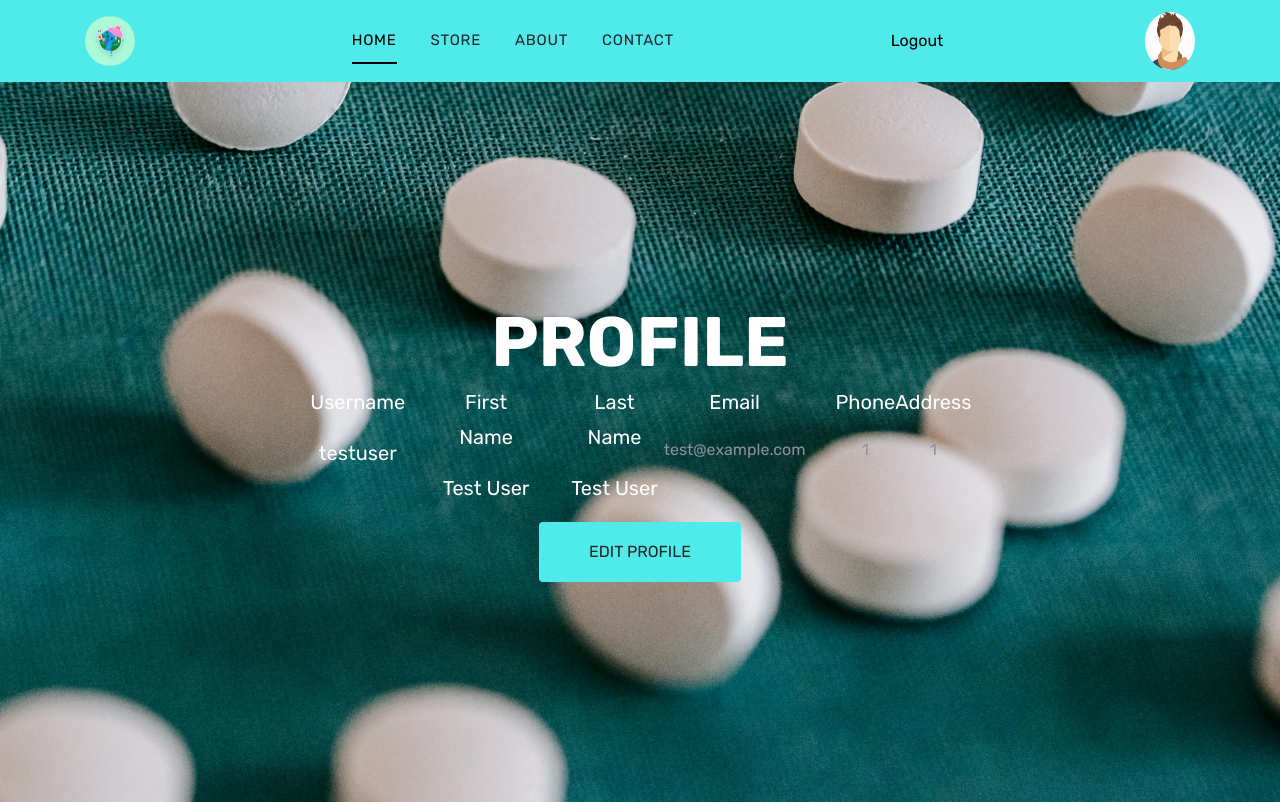
Repository: Argivist/Web-Doctor
Page: http://localhost/view/profile.php
The author's editor kept a copy of each file at every save. The page is drawn from the files as they stood at one save, then again after the next save.
The browser window is 1280 px wide. The pictures show the whole page.
Some web fonts or font styles are not loaded; a fallback is used. The page is run by PHP 8.4 with error messages shown; the project is at /var/www/html/. The session is filled in as if someone had signed in: {"id": 1, "username": "testuser", "fname": "Test User", "lname": "Test User", "email": "test@example.com", "phone": 1, "address": 1}. Other server files are loaded and not shown.

Above is the page before, as saved 2024-02-20 21:15:26.

### view/profile.php
<?php
include "../settings/connection.php";
session_start();
// if (!isset($_SESSION['id'])) {
//     header("Location: ../login/login.php");
// }
?>
<!DOCTYPE html>
<html lang="en">

<head>
    <meta charset="UTF-8">
    <meta name="viewport" content="width=device-width, initial-scale=1.0">
    <title>Document</title>


    <link href="https://fonts.googleapis.com/css?family=Rubik:400,700|Crimson+Text:400,400i" rel="stylesheet">
    <link rel="stylesheet" href="fonts/icomoon/style.css">
    <link rel="stylesheet" href="../css/bootstrap.min.css">
    <link rel="stylesheet" href="../css/magnific-popup.css">
    <link rel="stylesheet" href="../css/jquery-ui.css">
    <link rel="stylesheet" href="../css/owl.carousel.min.css">
    <link rel="stylesheet" href="../css/owl.theme.default.min.css">
    <link rel="stylesheet" href="../css/style.css">
    <link rel="stylesheet" href="../css/aos.css">
</head>

<body>
    <div class="site-wrap">

        <!--Navigation Bar-->
        <div class="site-navbar bg-primary py-2">
            <div class="container">
                <div class="d-flex align-items-center justify-content-between">
                    <div class="logo">
                        <div class="site-logo">
                            <a href="home.php" class="js-logo-clone"><img src="../img/logo/logo.png" style="width:50px; border-radius:50px;" alt="logo" /></a>
                        </div>
                    </div>
                    <div class="main-nav d-lg-block">
                        <nav class="site-navigation text-right text-md-center" role="navigation">
                            <ul class="site-menu js-clone-nav d-lg-block">
                                <li class="active"><a href="home.php">Home</a></li>
                                <li><a href="shop.php">Store</a></li>
                                <li><a href="aboutus.html">About</a></li>
                                <li><a href="contact.html">Contact</a></li>
                            </ul>
                        </nav>
                    </div>
                    <?php
                    if (isset($_SESSION['id'])) {
                        echo "<div class='logout'><a href='../actions/logout.php'>Logout</a></div>";
                    } else {
                        echo "<div class='login'><a href='../login/login.php'>Sign in</a></div>";
                    } ?>
                    <div class="profile">
                        <a href="
                        <?php
                        if (isset($_SESSION['id'])) {
                            echo "profile.php";
                        } else {
                            echo "../login/login.php";
                        }
                        ?>
                        "><img src="
                        <?php
                        if (isset($_SESSION['id'])) {
                            echo "../img/profile.jpg";
                        } else {
                            echo "../img/default_profile.jpg";
                        }
                        ?>
                        " alt="Image" class="rounded-circle" style="width:50px; border-radius:50px;"></a>
                    </div>
                </div>
            </div>
        </div>

        <!--Main Content-->
        <!--Image By: Photo by Alex Green: https://www.pexels.com/photo/pile-of-white-spilled-pills-5699514/-->
        <div class="site-blocks-cover" style="background-image: url('../img/background/pharmacy_1.jpg');">
            <div class="container">
                <div class="row">
                    <div class="col-lg-7 mx-auto order-lg-2 align-self-center">
                        <div class="site-block-cover-content text-center">
                            <!--Profile page-->
                            <h1 class="mb-0">Profile</h1>
                            <div class="row justify-content-center">
                                <div class="row">
                                    <div class="col">
                                        <p>Username</p><p><?php
                                                        echo $_SESSION['username'];
                                                        ?></p>
                                    </div>
                                    <div class="col">
                                        <p>First Name</p><p><?php
                                                            echo $_SESSION['fname'];
                                                            ?></p>
                                    </div>
                                    <div class="col">
                                        <p>Last Name</p><p><?php
                                                            echo $_SESSION['lname'];
                                                            ?></p>
                                    </div>
                                </div><br/>
                                <div class="row">
                                    <div class="col">
                                        <p>Email</p><?php
                                                    echo $_SESSION['email'];
                                                    ?>
                                    </div>
                                    <div class="col">
                                        <p>Phone</p><?php
                                                    echo $_SESSION['phone'];
                                                    ?>
                                    </div>
                                </div>
                                <div class="row">
                                    <div class="col">
                                        <p>Address</p><?php
                                                        echo $_SESSION['address'];
                                                        ?>
                                    </div>
                                </div>
                                <div class="row">
                                    <div class="col">
                                        <a href="edit_profile.php" class="btn btn-primary px-5 py-3">Edit Profile</a>
                                    </div>
                            </div>
                        </div>
                    </div>
                </div>
            </div>
</body>

</html>

### settings/connection.php
<?php
$server="localhost:3307";
$user="root";
$passwd="root";
$db="web_doc";

$conn=mysqli_connect($server,$user,$passwd,$db) or die("Connection failed :: ".$conn->error);
?>

Loaded but not shown: css/bootstrap.min.css (library); css/magnific-popup.css (library); css/jquery-ui.css (library); css/owl.carousel.min.css (common file); css/owl.theme.default.min.css (common file); css/aos.css (library); css/style.css (1125 lines, source omitted)

After the next save:
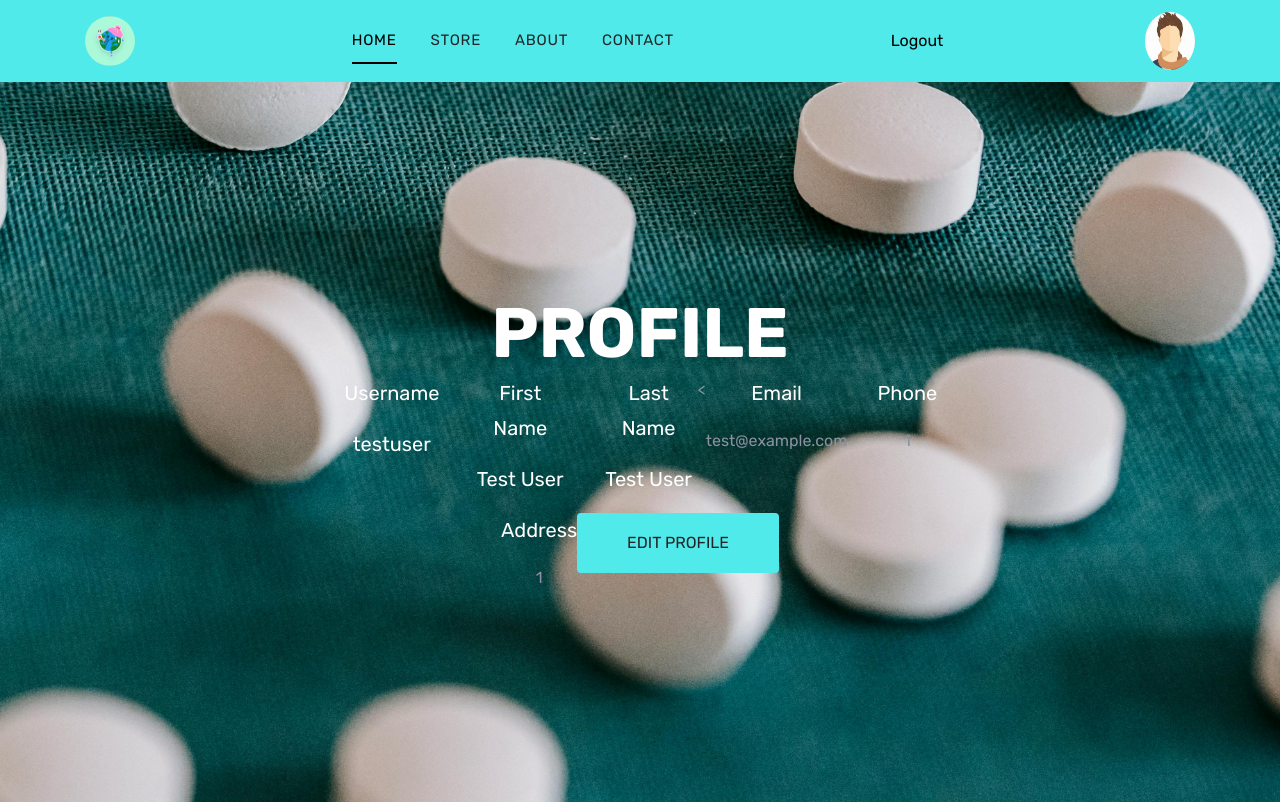
Saved 9 s later.
--- a/view/profile.php
+++ b/view/profile.php
@@ -102,7 +102,7 @@ session_start();
                                                             echo $_SESSION['lname'];
                                                             ?></p>
                                     </div>
-                                </div><br/>
+                                </div><
                                 <div class="row">
                                     <div class="col">
                                         <p>Email</p><?php
